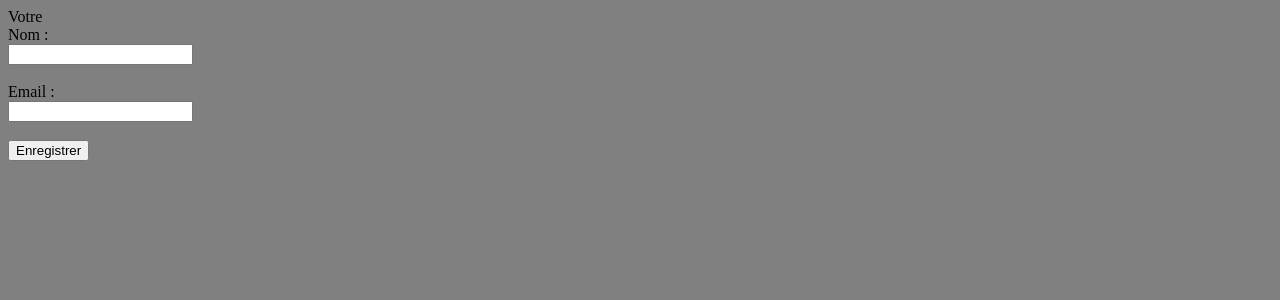
Repository: Haidara-97/TPJEE
Page: http://localhost/AppTest/
These files come from the project's save history. The page is drawn as it stood at one moment and after the next save; the edit follows.
The browser window is 1280 px wide. The pictures show the whole page.
The page is served by Tomcat 9.

Above is the page before, as saved 2025-06-18 11:34:18.

After the next save:
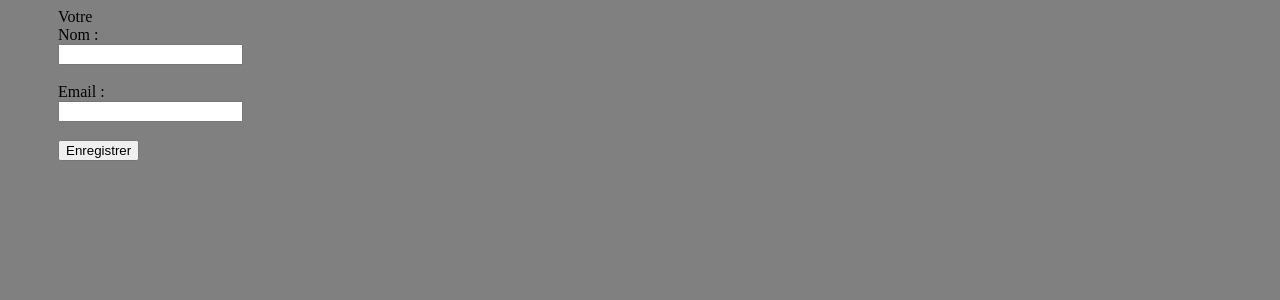
Saved 79 s later.
--- a/AppTest/src/main/webapp/index.jsp
+++ b/AppTest/src/main/webapp/index.jsp
@@ -14,6 +14,7 @@
 .form{
 width: 60px;
 height: 30px;
+margin-left:50px;
 }
 
 </style>

After the save that followed:
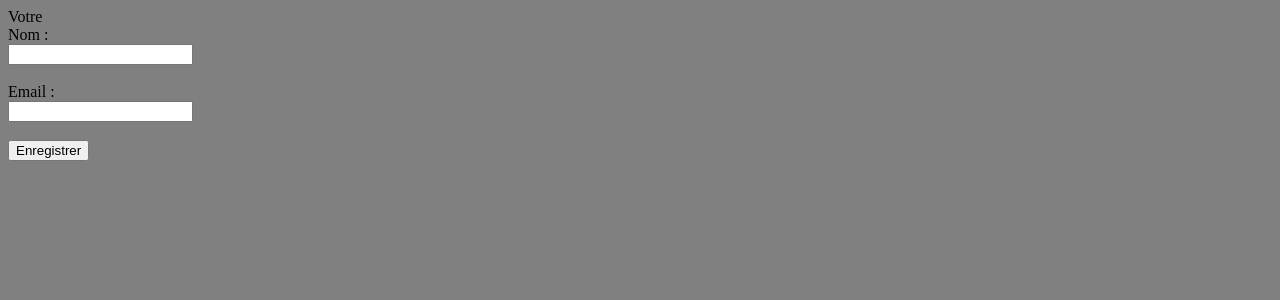
Saved 16 s later.
--- a/AppTest/src/main/webapp/index.jsp
+++ b/AppTest/src/main/webapp/index.jsp
@@ -14,7 +14,7 @@
 .form{
 width: 60px;
 height: 30px;
-margin-left:50px;
+margin-left:50p%;
 }
 
 </style>
